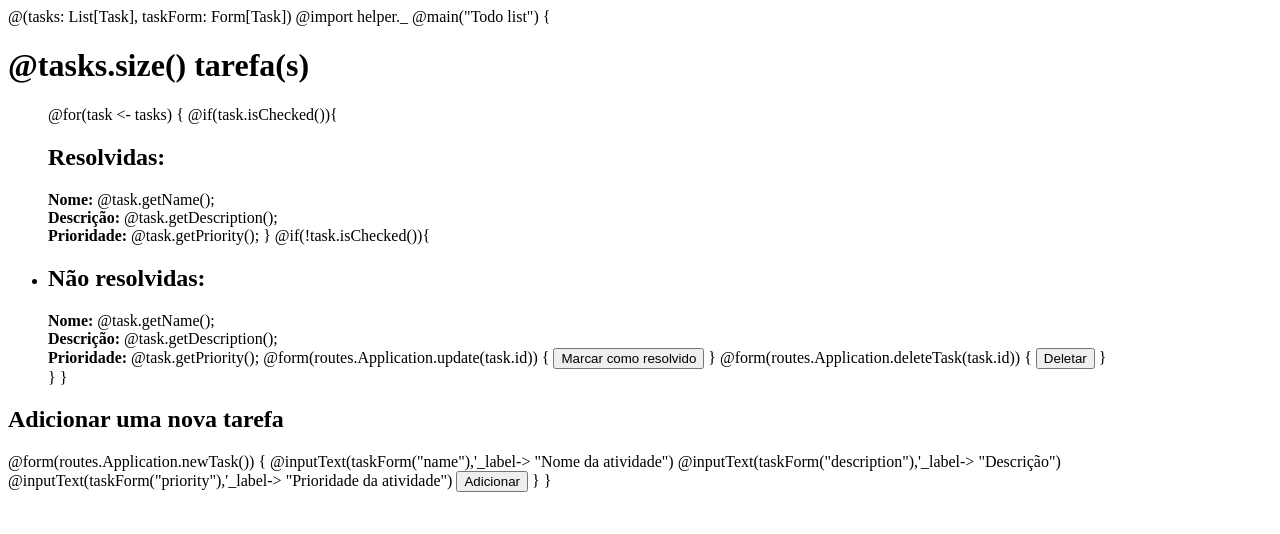
Repository: analuizamtg/si1
Page: lab2/todolist/.target/views/index.scala.html
An editor plug-in stored every save of this project. The page is shown before and after the next save, followed by the edit.
The browser window is 1280 px wide. The pictures show the whole page.

Above is the page before, as saved 2013-11-26 22:40:09.

### lab2/todolist/.target/views/index.scala.html
@(tasks: List[Task], taskForm: Form[Task])

@import helper._

@main("Todo list") {

    <h1>@tasks.size() tarefa(s)</h1>

    <ul>
        @for(task <- tasks) {
        	@if(task.isChecked()){
        		<b><h2> Resolvidas: </h2></b>
        		<b>Nome:</b> @task.getName();
                <br>
                <b>Descrição:</b>  @task.getDescription();
                <br>
                <b>Prioridade:</b> @task.getPriority();
        	} @if(!task.isChecked()){
			            <li><b><h2> Não resolvidas: </h2></b>
                <b>Nome:</b> @task.getName();
                <br>
                <b>Descrição:</b>  @task.getDescription();
                <br>
                <b>Prioridade:</b> @task.getPriority();
                @form(routes.Application.update(task.id)) {
                    <input type="submit" value="Marcar como resolvido">
                }
                @form(routes.Application.deleteTask(task.id)) {
                    <input type="submit" value="Deletar">
                }
            </li>


        	}
        }
    </ul>

    <h2>Adicionar uma nova tarefa</h2>

    @form(routes.Application.newTask()) {

        @inputText(taskForm("name"),'_label-> "Nome da atividade")
        @inputText(taskForm("description"),'_label-> "Descrição")
        @inputText(taskForm("priority"),'_label-> "Prioridade da atividade")

        <input type="submit" value="Adicionar">

    }

}

After the next save:
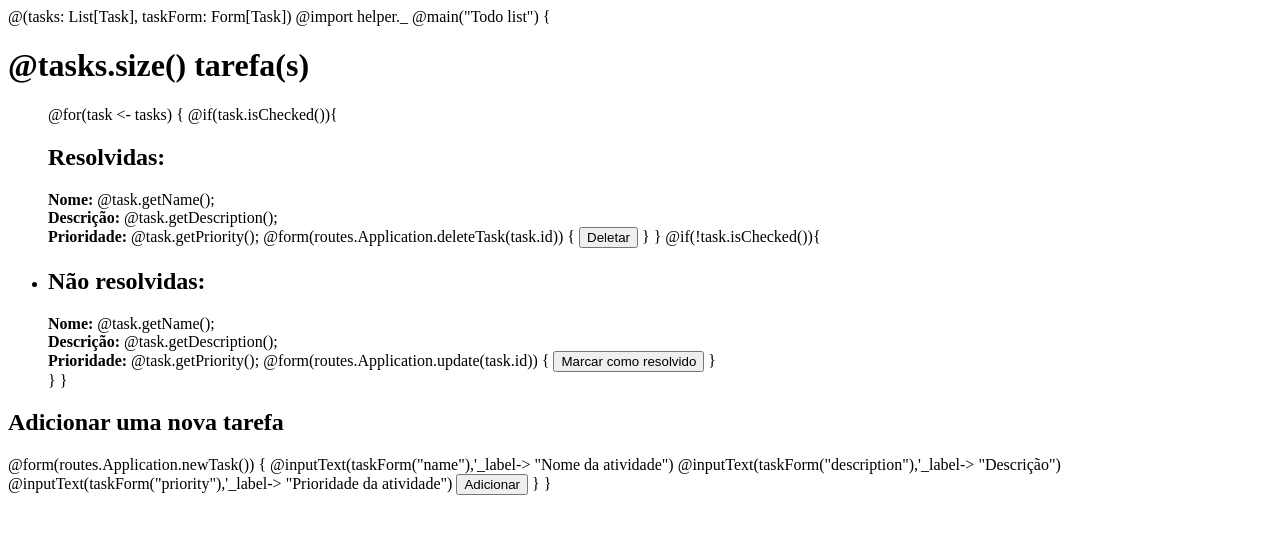
Saved 68 s later.
--- a/lab2/todolist/.target/views/index.scala.html
+++ b/lab2/todolist/.target/views/index.scala.html
@@ -15,6 +15,9 @@
                 <b>Descrição:</b>  @task.getDescription();
                 <br>
                 <b>Prioridade:</b> @task.getPriority();
+                 @form(routes.Application.deleteTask(task.id)) {
+                    <input type="submit" value="Deletar">
+                }
         	} @if(!task.isChecked()){
 			            <li><b><h2> Não resolvidas: </h2></b>
                 <b>Nome:</b> @task.getName();
@@ -25,9 +28,7 @@
                 @form(routes.Application.update(task.id)) {
                     <input type="submit" value="Marcar como resolvido">
                 }
-                @form(routes.Application.deleteTask(task.id)) {
-                    <input type="submit" value="Deletar">
-                }
+
             </li>
 
 
